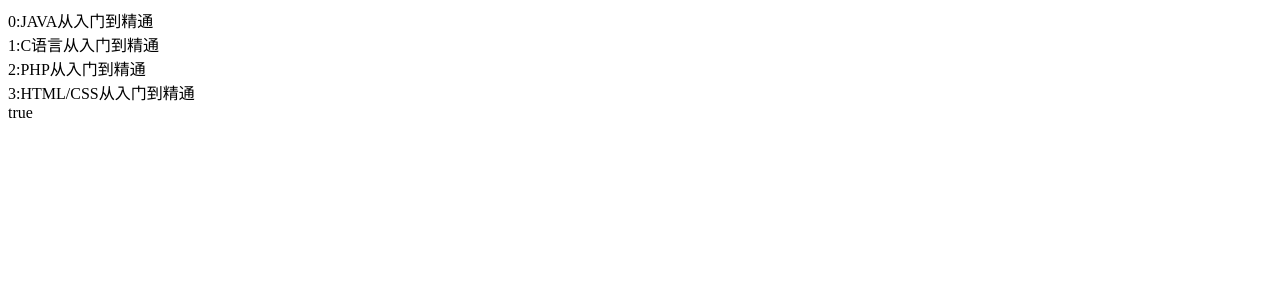
Repository: hblvsjtu/Blog_jsp
Page: http://localhost/Blog_jsp/jsp/TestEL.jsp
An editor plug-in stored every save of this project. The page is shown before and after the next save, followed by the edit.
The browser window is 1280 px wide. The pictures show the whole page.
The page is served by Tomcat 9. Other server files are loaded and not shown.

Above is the page before, as saved 2017-11-19 05:30:57.

### Blog_jsp/WebContent/jsp/TestEL.jsp
<%@ page language="java" contentType="text/html; charset=UTF-8"
    pageEncoding="UTF-8"%>
<!DOCTYPE html>
<html>
<head>
<meta http-equiv="Content-Type" content="text/html; charset=UTF-8">
<title>Hello EL</title>
</head>
<body>
	<%
		String[] book={"JAVA从入门到精通","C语言从入门到精通","PHP从入门到精通","HTML/CSS从入门到精通"};
		request.setAttribute("book", book);
	%>
	<%
		String[] book1=(String[])request.getAttribute("book");
		for(int i=0;i<book1.length;i++){
			request.setAttribute("booknum", i);
	%>
	${booknum }:${book[booknum] }<br>
	<%
		}
	%>
	${not empty book[0]}
</body>
</html>

After the next save:
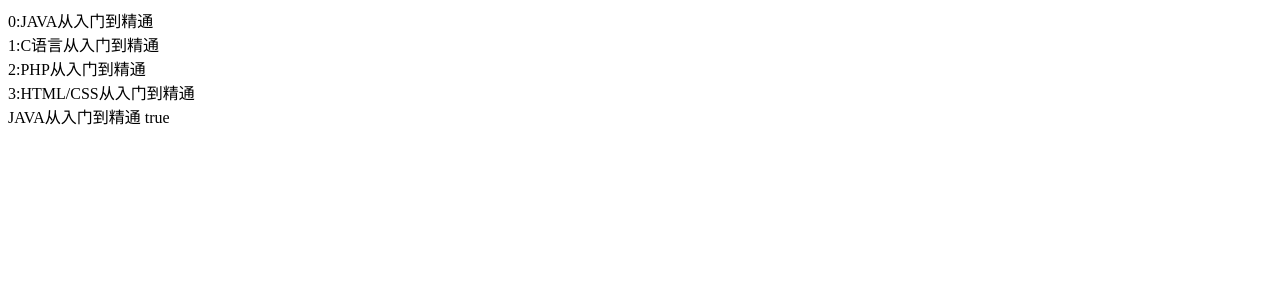
Saved 20 s later.
--- a/Blog_jsp/WebContent/jsp/TestEL.jsp
+++ b/Blog_jsp/WebContent/jsp/TestEL.jsp
@@ -20,6 +20,7 @@
 	<%
 		}
 	%>
+	${book[0]}
 	${not empty book[0]}
 </body>
 </html>
